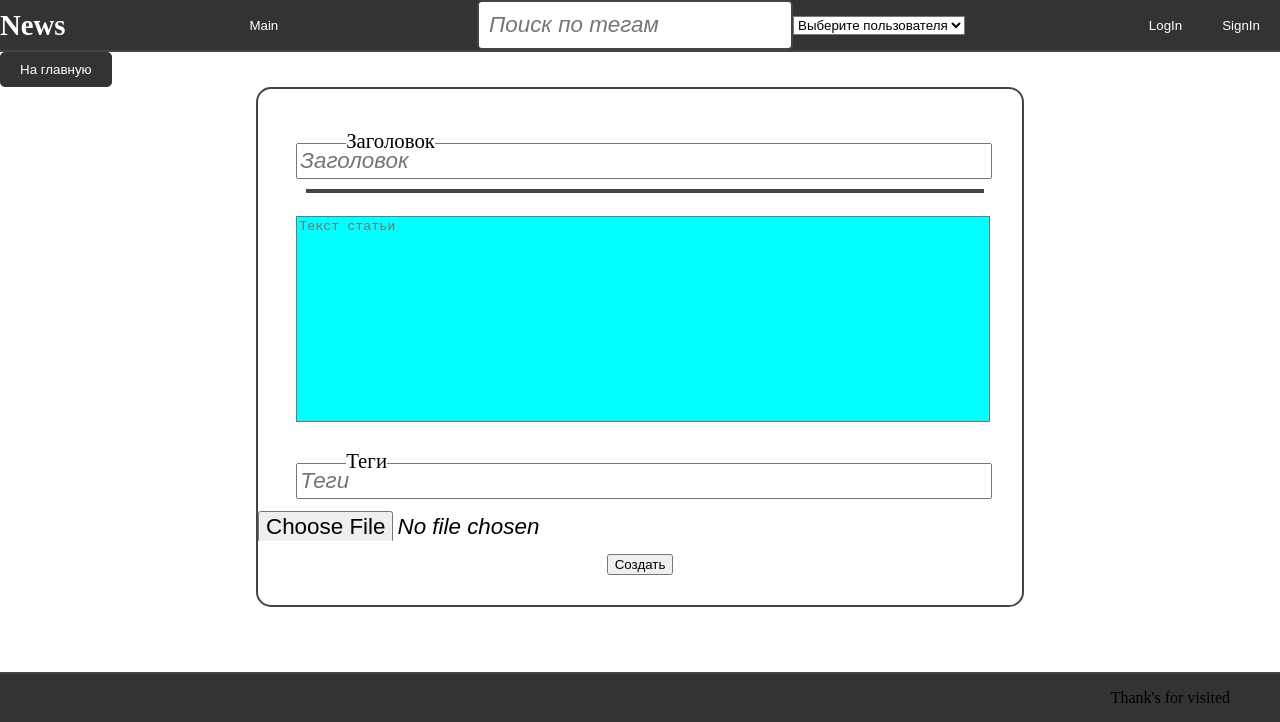
Repository: Igor-Blazhko/news_frontend
Page: /CreatePost
These files come from the project's save history. The page is drawn as it stood at one moment and after the next save; the edit follows.
The browser window is 1280 px wide. The pictures show the whole page.
The project was rebuilt for these pictures with package versions that can differ from the ones it lists, and the page was loaded fresh each time. Also part of the build but not shown: vite.config.ts, src/components/allPost/onePost/onePost.module.css, src/components/allPost/onePost/onePost.tsx, src/components/allPost/allPost.tsx, src/components/auth/logIn/login.module.css, src/components/auth/logIn/login.tsx, src/components/auth/register/register.tsx, src/components/pageOnePost/comments/comment.tsx and 2 more.

Above is the page before, as saved 2024-07-15 16:32:03.

After the next save:
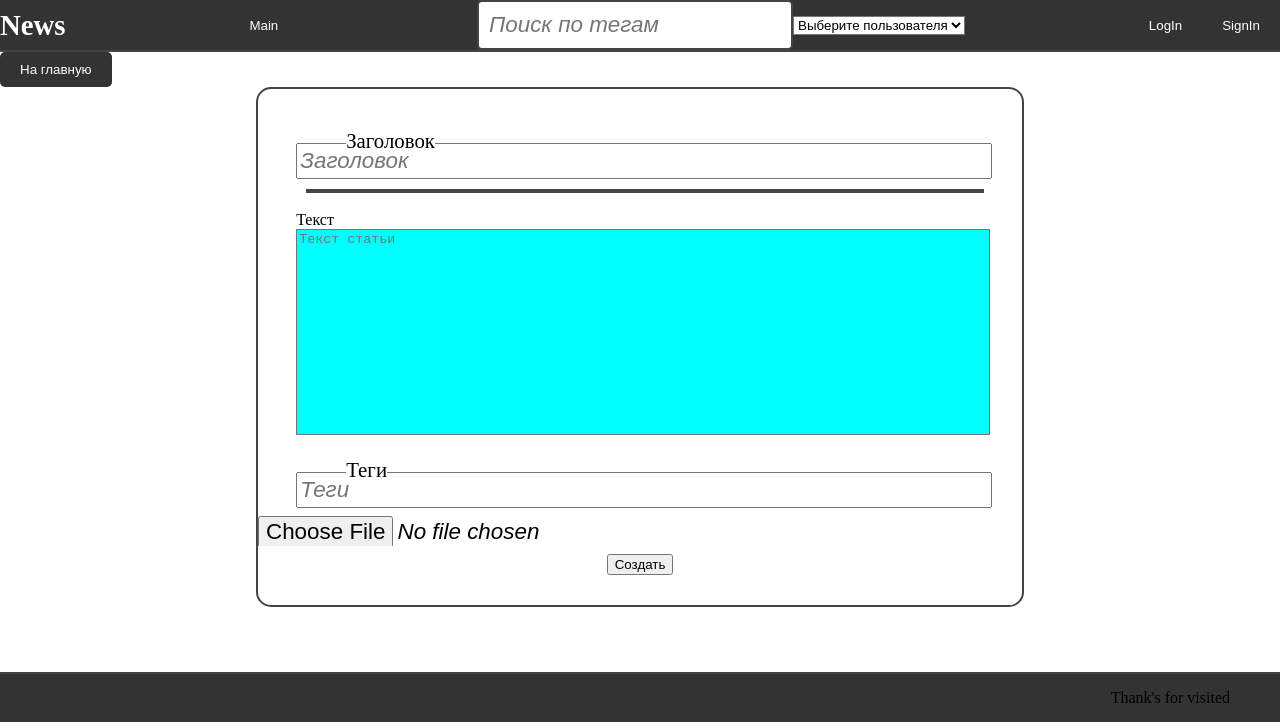
Saved 20 s later.
--- a/src/components/createPost/createPost.tsx
+++ b/src/components/createPost/createPost.tsx
@@ -18,6 +18,7 @@ export default function CreatePost(){
                         <input type="text" name="article" maxLength={254} placeholder="Заголовок" className={styles.article}/>
                     </div>
                     <div className={styles.text}>
+                        <div className="label">Текст</div>
                         <textarea name="text" placeholder="Текст статьи" className={styles.text}/>
                     </div>
                     <div className={styles.tags}>
